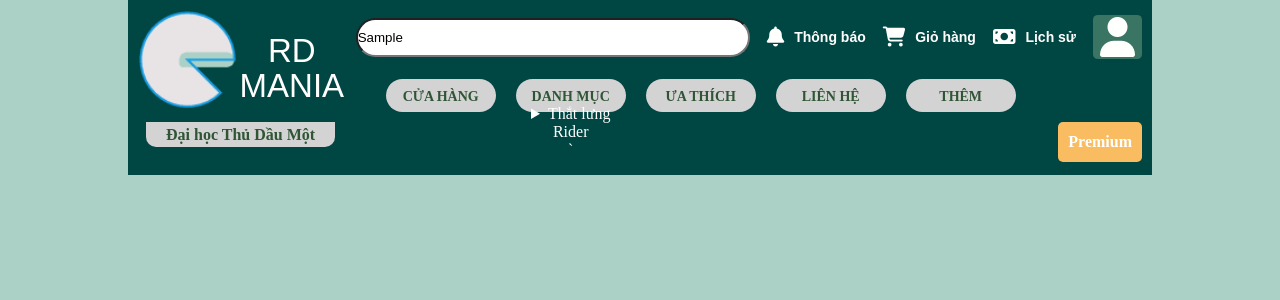
Repository: BinhTeach/rdmania
Page: Html/main.html
The author's editor kept a copy of each file at every save. The page is drawn from the files as they stood at one save, then again after a run of saves.
The browser window is 1280 px wide. The pictures show the whole page.
Empty fields were first filled with sample values (such as "Sample", 5 or name@example.com).
After loading, the first visible `li[onclick="sideBar_appear()"]` was clicked once.
Some web fonts or font styles are not loaded; a fallback is used. Some web libraries are served in a nearby version.

Above is the page before, as saved 2024-03-01 00:29:20.

After the next 5 saves:
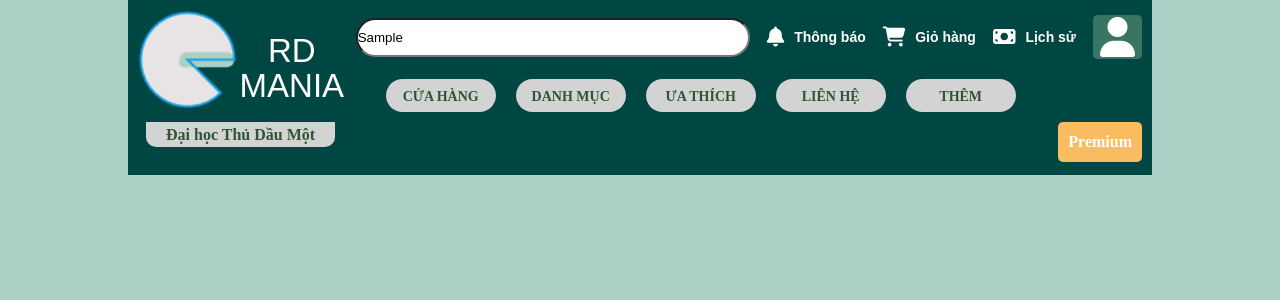
The 5 saves are shown as one change because they came seconds apart.
The last was saved 66 s later.
--- a/Html/main.html
+++ b/Html/main.html
@@ -91,7 +91,7 @@ function clickMenu() {
 }
 function sideBar_appear(){
      var appear = document.getElementById('sideBar__hidden');
-     appear.id='sideBar__appear';
+     appear.removeAttribute("display");
 }
 
 </script>
